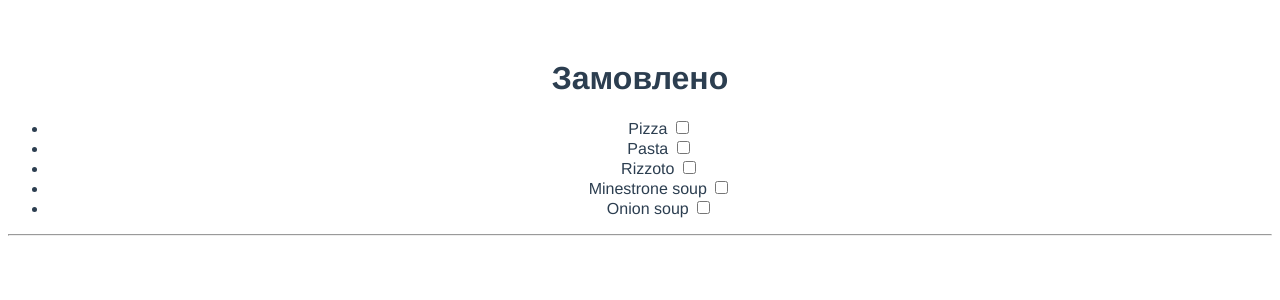
Repository: Salexandraa/HOME_Subotina
Page: / (app in order-list/)
These files come from the project's save history. The page is drawn as it stood at one moment and after the next save; the edit follows.
The browser window is 1280 px wide. The pictures show the whole page.
The project was rebuilt for these pictures with package versions that can differ from the ones it lists, and the page was loaded fresh each time.

Above is the page before, as saved 2020-10-09 12:36:53.

After the next save:
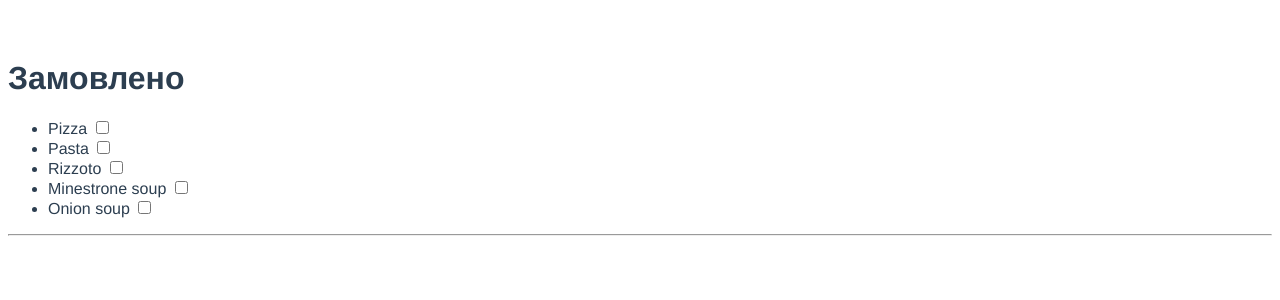
Saved 21 s later.
--- a/order-list/src/App.vue
+++ b/order-list/src/App.vue
@@ -49,7 +49,7 @@ export default {
   font-family: Avenir, Helvetica, Arial, sans-serif;
   -webkit-font-smoothing: antialiased;
   -moz-osx-font-smoothing: grayscale;
-  text-align: center;
+  /* text-align: center; */
   color: #2c3e50;
   margin-top: 60px;
 }
